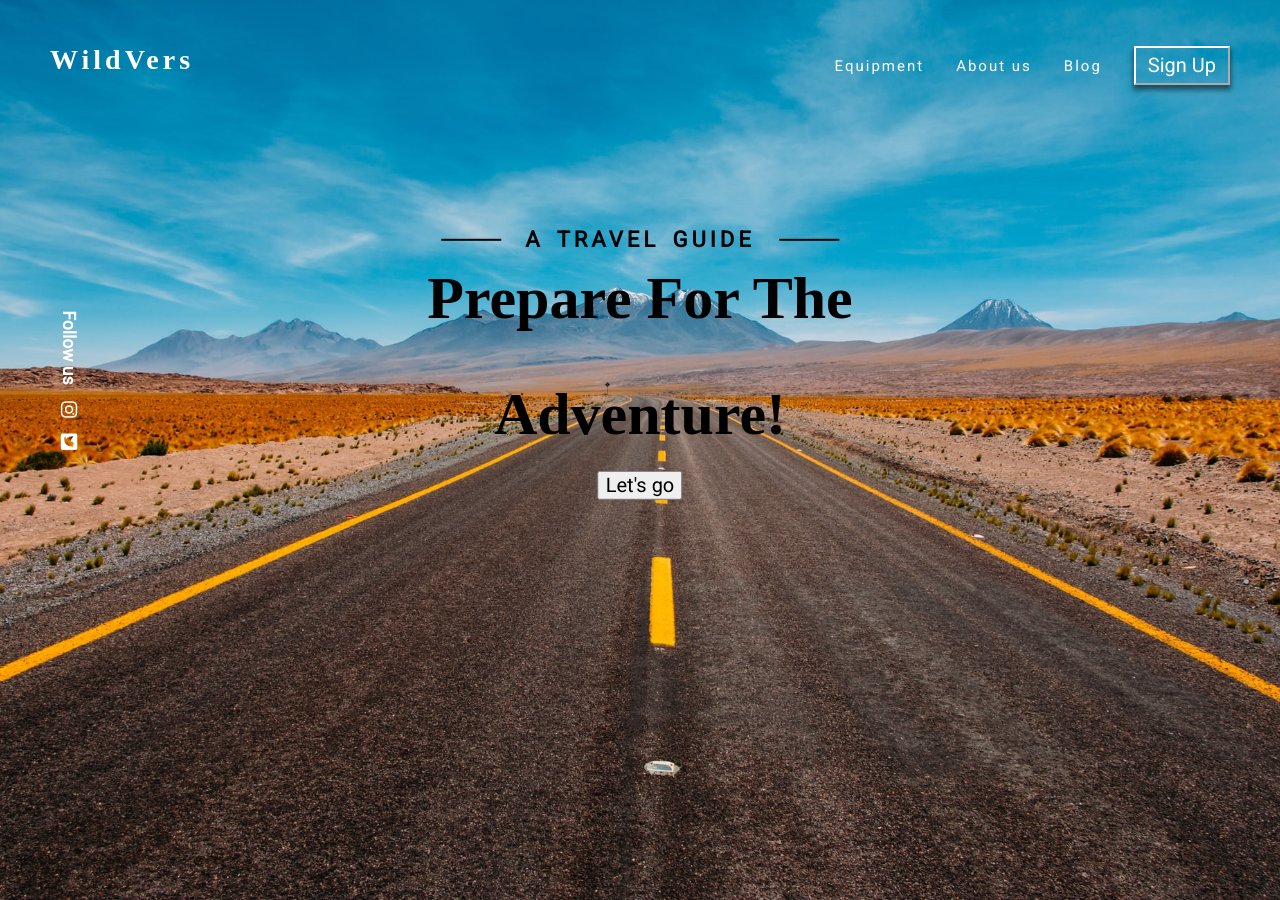
Repository: Hunga9k50doker/wildver-travel
Page: src/index.html
These files come from the project's save history. The page is drawn as it stood at one moment and after the next save; the edit follows.
The browser window is 1280 px wide. The pictures show the whole page.
Some web fonts or font styles are not loaded; a fallback is used. The style sheet was rebuilt from its Sass, Less or Tailwind sources for each picture, by a compiler version that may differ from the author's.

Above is the page before, as saved 2021-08-26 00:28:45.

### src/index.html
<!DOCTYPE html>
<html lang="en">
<head>
    <meta charset="UTF-8">
    <meta http-equiv="X-UA-Compatible" content="IE=edge">
    <meta name="viewport" content="width=device-width, initial-scale=1.0">
    <link href="https://fonts.googleapis.com/css2?family=Hina+Mincho&family=Roboto&display=swap" rel="stylesheet">
    <link rel="stylesheet" href="public/css/normalize.min.css">
    <link rel="stylesheet" href="public/css/grid.css">
    <link rel="stylesheet" href="public/css/base.css">
    <link rel="stylesheet" href="public/css/header.css">
    <link rel="stylesheet" href="public/vendor/fontawesome-free-5.15.3-web/css/all.min.css">
    <title>Document</title>
</head>
<body>
    <div class="app">
        <section class="header">
            <section class="header_nav">
                <h1 class="header_nav-home">WildVers</h1>
                <div class="header_nav-body">
                    <a href="/" class="header_nav-body-item">Equipment</a>
                    <a href="/" class="header_nav-body-item">About us</a>
                    <a href="/" class="header_nav-body-item">Blog</a>
                    <button class="header_nav-body-res">Sign Up</button>
                </div>
            </section>
            <section class="header_contain">
                <div class="header_contain-follow">
                    <p>Follow us</p>
                   <a href="/">
                       <i class="fab fa-instagram"></i>
                   </a>
                   <a href="/">
                       <i class="fab fa-twitter-square"></i>
                   </a>
                </div>
                <div class="header_contain-content">
                    <h3 class="header_contain-content-title">A travel guide</h3>
                    <h2>Prepare For The</h2>
                    <h2> Adventure!</h2>
                    <button>Let's go</button>
                </div>
            </section>
        </section>
        <section class="grip wide">

        </section>
    </div>
</body>
</html>

### src/public/css/normalize.min.css
html{line-height:1.15;-webkit-text-size-adjust:100%}body{margin:0}main{display:block}h1{font-size:2em;margin:.67em 0}hr{box-sizing:content-box;height:0;overflow:visible}pre{font-family:monospace,monospace;font-size:1em}a{background-color:transparent}abbr[title]{border-bottom:none;text-decoration:underline;text-decoration:underline dotted}b,strong{font-weight:bolder}code,kbd,samp{font-family:monospace,monospace;font-size:1em}small{font-size:80%}sub,sup{font-size:75%;line-height:0;position:relative;vertical-align:baseline}sub{bottom:-.25em}sup{top:-.5em}img{border-style:none}button,input,optgroup,select,textarea{font-family:inherit;font-size:100%;line-height:1.15;margin:0}button,input{overflow:visible}button,select{text-transform:none}[type=button],[type=reset],[type=submit],button{-webkit-appearance:button}[type=button]::-moz-focus-inner,[type=reset]::-moz-focus-inner,[type=submit]::-moz-focus-inner,button::-moz-focus-inner{border-style:none;padding:0}[type=button]:-moz-focusring,[type=reset]:-moz-focusring,[type=submit]:-moz-focusring,button:-moz-focusring{outline:1px dotted ButtonText}fieldset{padding:.35em .75em .625em}legend{box-sizing:border-box;color:inherit;display:table;max-width:100%;padding:0;white-space:normal}progress{vertical-align:baseline}textarea{overflow:auto}[type=checkbox],[type=radio]{box-sizing:border-box;padding:0}[type=number]::-webkit-inner-spin-button,[type=number]::-webkit-outer-spin-button{height:auto}[type=search]{-webkit-appearance:textfield;outline-offset:-2px}[type=search]::-webkit-search-decoration{-webkit-appearance:none}::-webkit-file-upload-button{-webkit-appearance:button;font:inherit}details{display:block}summary{display:list-item}template{display:none}[hidden]{display:none}
/*# sourceMappingURL=normalize.min.css.map */

### src/public/css/grid.css
.grid {
    width: 100%;
    display: block;
    padding: 0;
    margin: 0 auto;
}

.grid.wide {
    max-width: 1200px;
    margin: 0 auto;
}

.row {
    display: flex;
    flex-wrap: wrap;
    margin-left: -4px;
    margin-right: -4px;
}


.row.no-gutters {
    margin-left: 0;
    margin-right: 0;
}

.col {

    padding-left: 4px;
    padding-right: 4px;
}

.row.no-gutters .col {
    padding-left: 0;
    padding-right: 0;
}

.c-0 {
    display: none;
}

.c-1 {
    flex: 0 0 8.33333%;
    max-width: 8.33333%;
}

.c-2 {
    flex: 0 0 16.66667%;
    max-width: 16.66667%;
}

.c-3 {
    flex: 0 0 25%;
    max-width: 25%;
}

.c-4 {
    flex: 0 0 33.33333%;
    max-width: 33.33333%;
}

.c-5 {
    flex: 0 0 41.66667%;
    max-width: 41.66667%;
}

.c-6 {
    flex: 0 0 50%;
    max-width: 50%;
}

.c-7 {
    flex: 0 0 58.33333%;
    max-width: 58.33333%;
}

.c-8 {
    flex: 0 0 66.66667%;
    max-width: 66.66667%;
}

.c-9 {
    flex: 0 0 75%;
    max-width: 75%;
}

.c-10 {
    flex: 0 0 83.33333%;
    max-width: 83.33333%;
}

.c-11 {
    flex: 0 0 91.66667%;
    max-width: 91.66667%;
}

.c-12 {
    flex: 0 0 100%;
    max-width: 100%;
}

.c-o-1 {
    margin-left: 8.33333%;
}

.c-o-2 {
    margin-left: 16.66667%;
}

.c-o-3 {
    margin-left: 25%;
}

.c-o-4 {
    margin-left: 33.33333%;
}

.c-o-5 {
    margin-left: 41.66667%;
}

.c-o-6 {
    margin-left: 50%;
}

.c-o-7 {
    margin-left: 58.33333%;
}

.c-o-8 {
    margin-left: 66.66667%;
}

.c-o-9 {
    margin-left: 75%;
}

.c-o-10 {
    margin-left: 83.33333%;
}

.c-o-11 {
    margin-left: 91.66667%;
}

/* >= Tablet */
@media (min-width: 740px) {
    .row {
        margin-left: -8px;
        margin-right: -8px;
    }

    .col {
        padding-left: 8px;
        padding-right: 8px;
    }

    .m-0 {
        display: none;
    }

    .m-1,
    .m-2,
    .m-3,
    .m-4,
    .m-5,
    .m-6,
    .m-7,
    .m-8,
    .m-9,
    .m-10,
    .m-11,
    .m-12 {
        display: block;
    }

    .m-1 {
        flex: 0 0 8.33333%;
        max-width: 8.33333%;
    }

    .m-2 {
        flex: 0 0 16.66667%;
        max-width: 16.66667%;
    }

    .m-3 {
        flex: 0 0 25%;
        max-width: 25%;
    }

    .m-4 {
        flex: 0 0 33.33333%;
        max-width: 33.33333%;
    }

    .m-5 {
        flex: 0 0 41.66667%;
        max-width: 41.66667%;
    }

    .m-6 {
        flex: 0 0 50%;
        max-width: 50%;
    }

    .m-7 {
        flex: 0 0 58.33333%;
        max-width: 58.33333%;
    }

    .m-8 {
        flex: 0 0 66.66667%;
        max-width: 66.66667%;
    }

    .m-9 {
        flex: 0 0 75%;
        max-width: 75%;
    }

    .m-10 {
        flex: 0 0 83.33333%;
        max-width: 83.33333%;
    }

    .m-11 {
        flex: 0 0 91.66667%;
        max-width: 91.66667%;
    }

    .m-12 {
        flex: 0 0 100%;
        max-width: 100%;
    }

    .m-o-1 {
        margin-left: 8.33333%;
    }

    .m-o-2 {
        margin-left: 16.66667%;
    }

    .m-o-3 {
        margin-left: 25%;
    }

    .m-o-4 {
        margin-left: 33.33333%;
    }

    .m-o-5 {
        margin-left: 41.66667%;
    }

    .m-o-6 {
        margin-left: 50%;
    }

    .m-o-7 {
        margin-left: 58.33333%;
    }

    .m-o-8 {
        margin-left: 66.66667%;
    }

    .m-o-9 {
        margin-left: 75%;
    }

    .m-o-10 {
        margin-left: 83.33333%;
    }

    .m-o-11 {
        margin-left: 91.66667%;
    }
}

/* PC medium resolution > */
@media (min-width: 1113px) {
    .row {
        margin-left: -12px;
        margin-right: -12px;
    }

    .row.sm-gutter {
        margin-left: -5px;
        margin-right: -5px;
    }

    .col {
        padding-left: 12px;
        padding-right: 12px;
    }

    .row.sm-gutter .col {
        padding-left: 5px;
        padding-right: 5px;
    }

    .l-0 {
        display: none;
    }

    .l-1,
    .l-2,
    .l-2-4,
    .l-3,
    .l-4,
    .l-5,
    .l-6,
    .l-7,
    .l-8,
    .l-9,
    .l-10,
    .l-11,
    .l-12 {
        display: block;
    }

    .l-1 {
        flex: 0 0 8.33333%;
        max-width: 8.33333%;
    }

    .l-2 {
        flex: 0 0 16.66667%;
        max-width: 16.66667%;
    }

    .l-2-4 {
        flex: 0 0 20%;
        max-width: 20%;
    }

    .l-3 {
        flex: 0 0 25%;
        max-width: 25%;
    }

    .l-4 {
        flex: 0 0 33.33333%;
        max-width: 33.33333%;
    }

    .l-5 {
        flex: 0 0 41.66667%;
        max-width: 41.66667%;
    }

    .l-6 {
        flex: 0 0 50%;
        max-width: 50%;
    }

    .l-7 {
        flex: 0 0 58.33333%;
        max-width: 58.33333%;
    }

    .l-8 {
        flex: 0 0 66.66667%;
        max-width: 66.66667%;
    }

    .l-9 {
        flex: 0 0 75%;
        max-width: 75%;
    }

    .l-10 {
        flex: 0 0 83.33333%;
        max-width: 83.33333%;
    }

    .l-11 {
        flex: 0 0 91.66667%;
        max-width: 91.66667%;
    }

    .l-12 {
        flex: 0 0 100%;
        max-width: 100%;
    }

    .l-o-1 {
        margin-left: 8.33333%;
    }

    .l-o-2 {
        margin-left: 16.66667%;
    }

    .l-o-3 {
        margin-left: 25%;
    }

    .l-o-4 {
        margin-left: 33.33333%;
    }

    .l-o-5 {
        margin-left: 41.66667%;
    }

    .l-o-6 {
        margin-left: 50%;
    }

    .l-o-7 {
        margin-left: 58.33333%;
    }

    .l-o-8 {
        margin-left: 66.66667%;
    }

    .l-o-9 {
        margin-left: 75%;
    }

    .l-o-10 {
        margin-left: 83.33333%;
    }

    .l-o-11 {
        margin-left: 91.66667%;
    }
}

/* Tablet - PC low resolution */
@media (min-width: 740px) and (max-width: 1023px) {
    .wide {
        width: 644px;
    }
}

/* > PC low resolution */
@media (min-width: 1024px) and (max-width: 1239px) {
    .wide {
        width: 984px;
    }

    .wide .row {
        margin-left: -12px;
        margin-right: -12px;
    }

    .wide .row.sm-gutter {
        margin-left: -5px;
        margin-right: -5px;
    }

    .wide .col {
        padding-left: 12px;
        padding-right: 12px;
    }

    .wide .row.sm-gutter .col {
        padding-left: 5px;
        padding-right: 5px;
    }

    .wide .l-0 {
        display: none;
    }

    .wide .l-1,
    .wide .l-2,
    .wide .l-2-4,
    .wide .l-3,
    .wide .l-4,
    .wide .l-5,
    .wide .l-6,
    .wide .l-7,
    .wide .l-8,
    .wide .l-9,
    .wide .l-10,
    .wide .l-11,
    .wide .l-12 {
        display: block;
    }

    .wide .l-1 {
        flex: 0 0 8.33333%;
        max-width: 8.33333%;
    }

    .wide .l-2 {
        flex: 0 0 16.66667%;
        max-width: 16.66667%;
    }

    .wide .l-2-4 {
        flex: 0 0 20%;
        max-width: 20%;
    }

    .wide .l-3 {
        flex: 0 0 25%;
        max-width: 25%;
    }

    .wide .l-4 {
        flex: 0 0 33.33333%;
        max-width: 33.33333%;
    }

    .wide .l-5 {
        flex: 0 0 41.66667%;
        max-width: 41.66667%;
    }

    .wide .l-6 {
        flex: 0 0 50%;
        max-width: 50%;
    }

    .wide .l-7 {
        flex: 0 0 58.33333%;
        max-width: 58.33333%;
    }

    .wide .l-8 {
        flex: 0 0 66.66667%;
        max-width: 66.66667%;
    }

    .wide .l-9 {
        flex: 0 0 75%;
        max-width: 75%;
    }

    .wide .l-10 {
        flex: 0 0 83.33333%;
        max-width: 83.33333%;
    }

    .wide .l-11 {
        flex: 0 0 91.66667%;
        max-width: 91.66667%;
    }

    .wide .l-12 {
        flex: 0 0 100%;
        max-width: 100%;
    }

    .wide .l-o-1 {
        margin-left: 8.33333%;
    }

    .wide .l-o-2 {
        margin-left: 16.66667%;
    }

    .wide .l-o-3 {
        margin-left: 25%;
    }

    .wide .l-o-4 {
        margin-left: 33.33333%;
    }

    .wide .l-o-5 {
        margin-left: 41.66667%;
    }

    .wide .l-o-6 {
        margin-left: 50%;
    }

    .wide .l-o-7 {
        margin-left: 58.33333%;
    }

    .wide .l-o-8 {
        margin-left: 66.66667%;
    }

    .wide .l-o-9 {
        margin-left: 75%;
    }

    .wide .l-o-10 {
        margin-left: 83.33333%;
    }

    .wide .l-o-11 {
        margin-left: 91.66667%;
    }
}

### src/resources/scss/base.scss
@import "variables";

*{
    font-size: 62.5%;
    box-sizing: inherit;
}
html{
    margin: 0;
    padding: 0;
    line-height: 1.6rem;
    box-sizing: border-box;
    font-family: 'Roboto', sans-serif;
}
h1,h2{
    font-family: 'Besley', serif;
}

a{
    color: $white-color;
    text-decoration: none;
}

### src/resources/scss/_variables.scss
$orange-color: #ff6b00;
$white-color: #fff;
$text-color: #e2ddd6;
$waxen-color: #f9caa9;
$black-color: #030101;

### src/resources/scss/header.scss
@import "variables";

.header{
    position: relative;
    background: url(/src/public/img/bg2.jpg) ;
    width: 100%;
    min-width: 500px;
    height: 900px;
    min-height:500px;
    background-position: center;
    background-repeat: no-repeat;
    background-size: cover;
    // z-index: -1;
    &_nav{
        display:flex;
        color: $white-color;
        padding: 4.6rem 5rem 0 5rem;
        &-home{
            flex: 1;
            margin: 0;
            font-size: 2.8rem;
            letter-spacing:4px;
            line-height:100%;
            cursor: pointer;
        }
        &-body{
            display:flex;
            align-items:center;
            justify-content: center;
            font-size: 2.4rem;
            letter-spacing:2px;
            &-item{
                color:$white-color;
                margin:0 1.6rem;
                transform: scale(1);
                &:hover{
                    color: $orange-color;
                    transform: scale(1.1);
                    transition:transform 0.3s;
                }
            }
            button{
                font-size: 2rem;
                padding:6px 1.2rem;
                margin-left: 1.6rem;
                background:transparent;
                color:$white-color;
                border-color: $white-color;
                border-style: solid 2px;
                cursor: pointer;
                box-shadow: 0 4px 5px 1px rgba(0,0,0,0.5);
                transform: translateY(0);
                transition:transform 0.3s linear;
                &:hover{
                    background: $orange-color;
                    box-shadow: 0 0px 5px 1px rgba(0,0,0,0.5);
                    transform: translateY(4px);
                    transition:transform 0.3s linear;
                }
            }
        }

    }

    &_contain{
        position: relative;
        display:flex;
        align-items:center;
        justify-content: center;
        left: 0;
        top: 30%;
        transform: translateY(-70%);
        &-follow{
            position: absolute;
            top: 0;
            left:0;
            font-size: 2.8rem;
            font-weight: 700;
            display:flex;
            align-items:center;
            justify-content: center;
            color:$white-color;
            transform:rotate(90deg);
            margin:0;
            a:nth-child(2){
                margin:0 16px;
            }
            a{
                font-size: 3rem;
                transform: scale(1);
                transition: transform 0.3s;
                cursor: pointer;
                &:hover{
                     color:$orange-color;
                     transform: scale(1.1);
                     transition: transform 0.3s;
                 }
            }
        }
        &-content{
            position: absolute;
            top: 50%;
            left:50%;
            transform: translate(-50%,-50%);
            font-size: 2rem;
            display:flex;
            flex-direction: column;
            align-items:center;
            justify-content: center;
            &-title{
                position: relative;
                font-size: 2.2rem;
                color: $black-color;
                word-spacing: 4px;
                letter-spacing: 4px;
                text-transform: uppercase;
                &:after{
                    content: " ";
                    position: absolute;
                    width:6rem;
                    height:2px;
                    top: 50%;
                    transform: translateY(-50%);
                    right: -8.4rem;
                    background: #000;

                }
                &::before{
                    content: " ";
                    position: absolute;
                    width:6rem;
                    height:2px;
                    top: 50%;
                    transform: translateY(-50%);
                    left: -8.4rem;
                    background: #000;

                }
            }
            h2{
                font-size:6rem;
                &:first-child{
                    margin-top: 4rem;
                }
                &:nth-child(2){
                    margin-top:2rem;
                }
            }
        }
    }
}

Loaded but not shown: src/public/vendor/fontawesome-free-5.15.3-web/css/all.min.css (library)

After the next save:
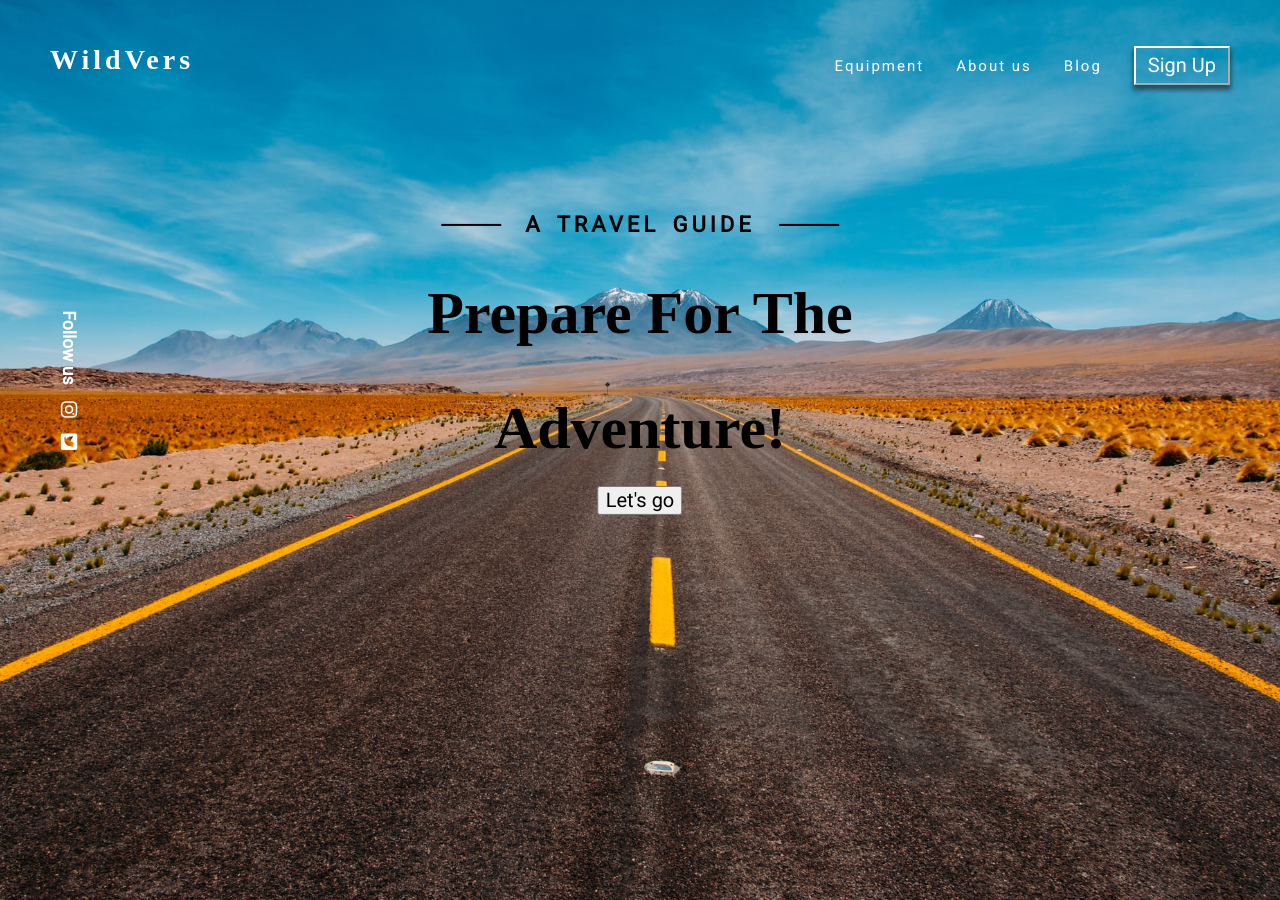
Saved 28 s later.
--- a/src/resources/scss/header.scss
+++ b/src/resources/scss/header.scss
@@ -142,9 +142,7 @@
                 &:first-child{
                     margin-top: 4rem;
                 }
-                &:nth-child(2){
-                    margin-top:2rem;
-                }
+
             }
         }
     }
